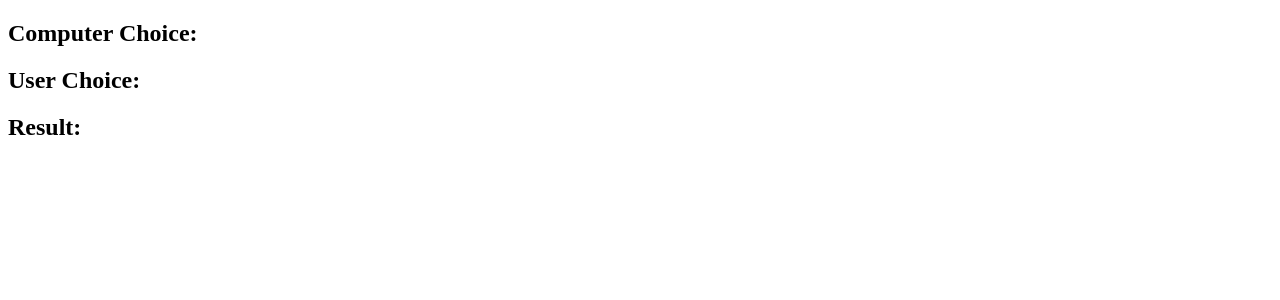
Repository: evemcd/aniakubow-tutorials
Page: rock-paper-scissors/index.html
These files come from the project's save history. The page is drawn as it stood at one moment and after the next save; the edit follows.
The browser window is 1280 px wide. The pictures show the whole page.

Above is the page before, as saved 2023-07-25 09:17:32.

After the next save:
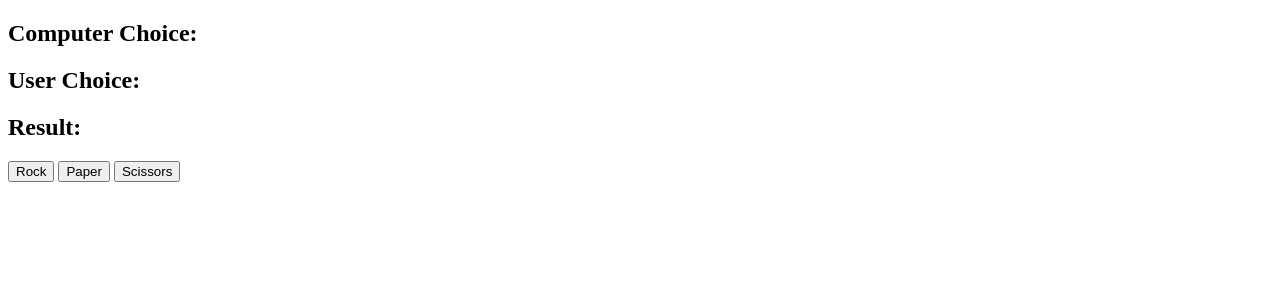
Saved 45 s later.
--- a/rock-paper-scissors/index.html
+++ b/rock-paper-scissors/index.html
@@ -11,6 +11,9 @@
     <h2>User Choice:<span id="user-choice"></span></h2>
     <h2>Result:<span id="result"></span></h2>
 
+    <button id="rock">Rock</button>
+    <button id="paper">Paper</button>
+    <button id="scissors">Scissors</button>
 
 
 
